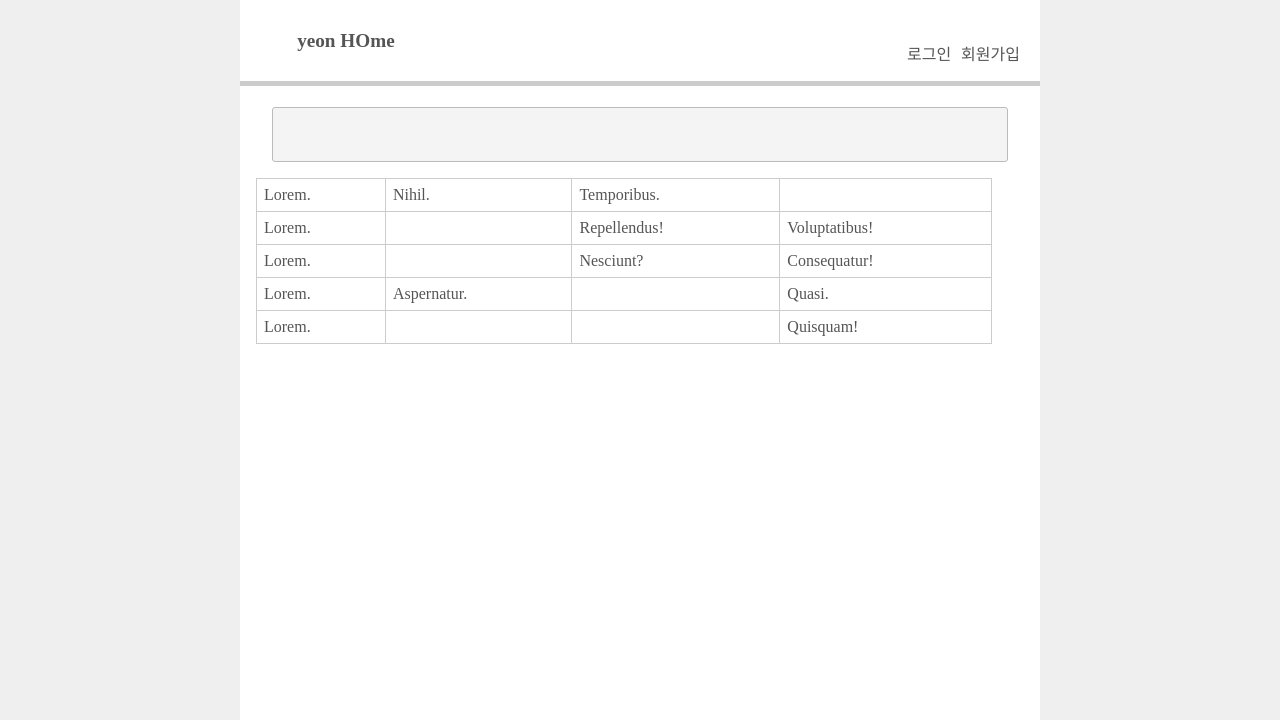
Repository: yeonhwa323/webPro
Page: webPro/src/main/webapp/jquery/days09/ex03_10.html
An editor plug-in stored every save of this project. The page is shown before and after the next save, followed by the edit.
The browser window is 1280 px wide. The pictures show the whole page.
Some web fonts or font styles are not loaded; a fallback is used.

Above is the page before, as saved 2024-04-17 03:06:14.

After the next save:
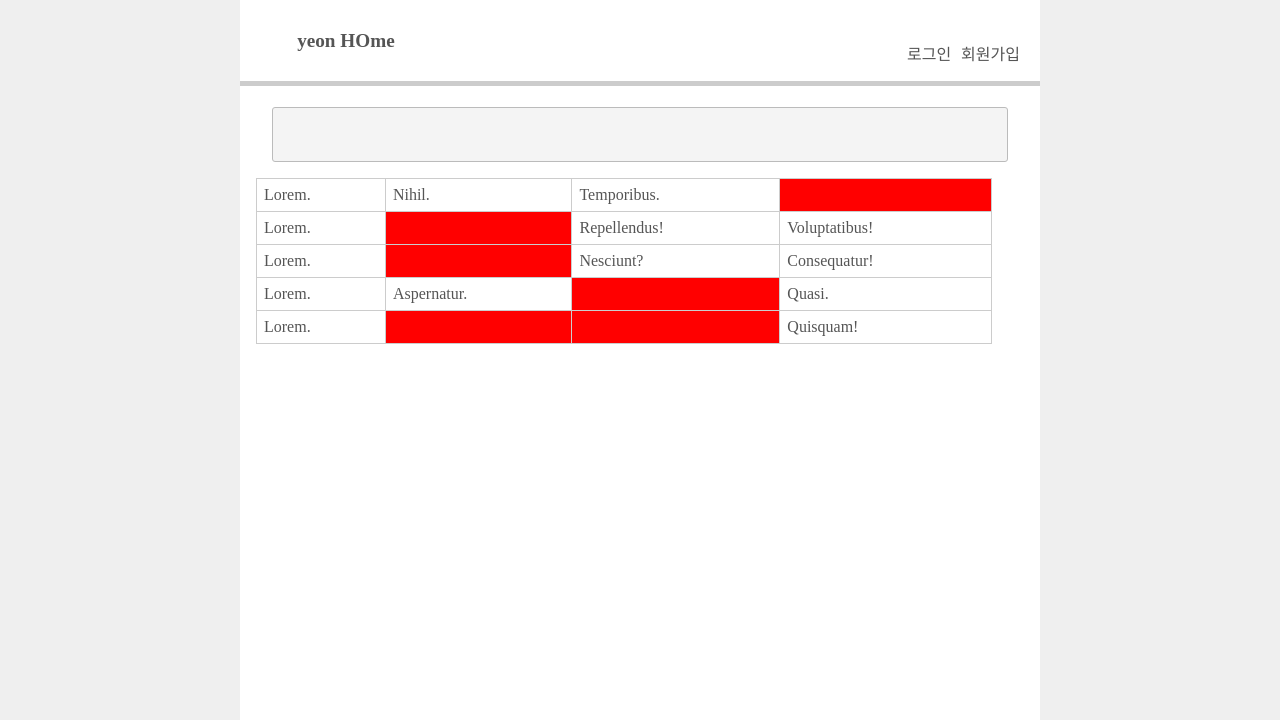
Saved 57 s later.
--- a/webPro/src/main/webapp/jquery/days09/ex03_10.html
+++ b/webPro/src/main/webapp/jquery/days09/ex03_10.html
@@ -60,8 +60,14 @@
   	</tr>
   </table>
 
-
 </div>
 
+ <script>
+   $(function(){
+	   // 내용이 비어있는 td  td:empty
+	   $("td:empty").css("background-color", "red");
+
+   })
+ </script>
 </body>
 </html>
